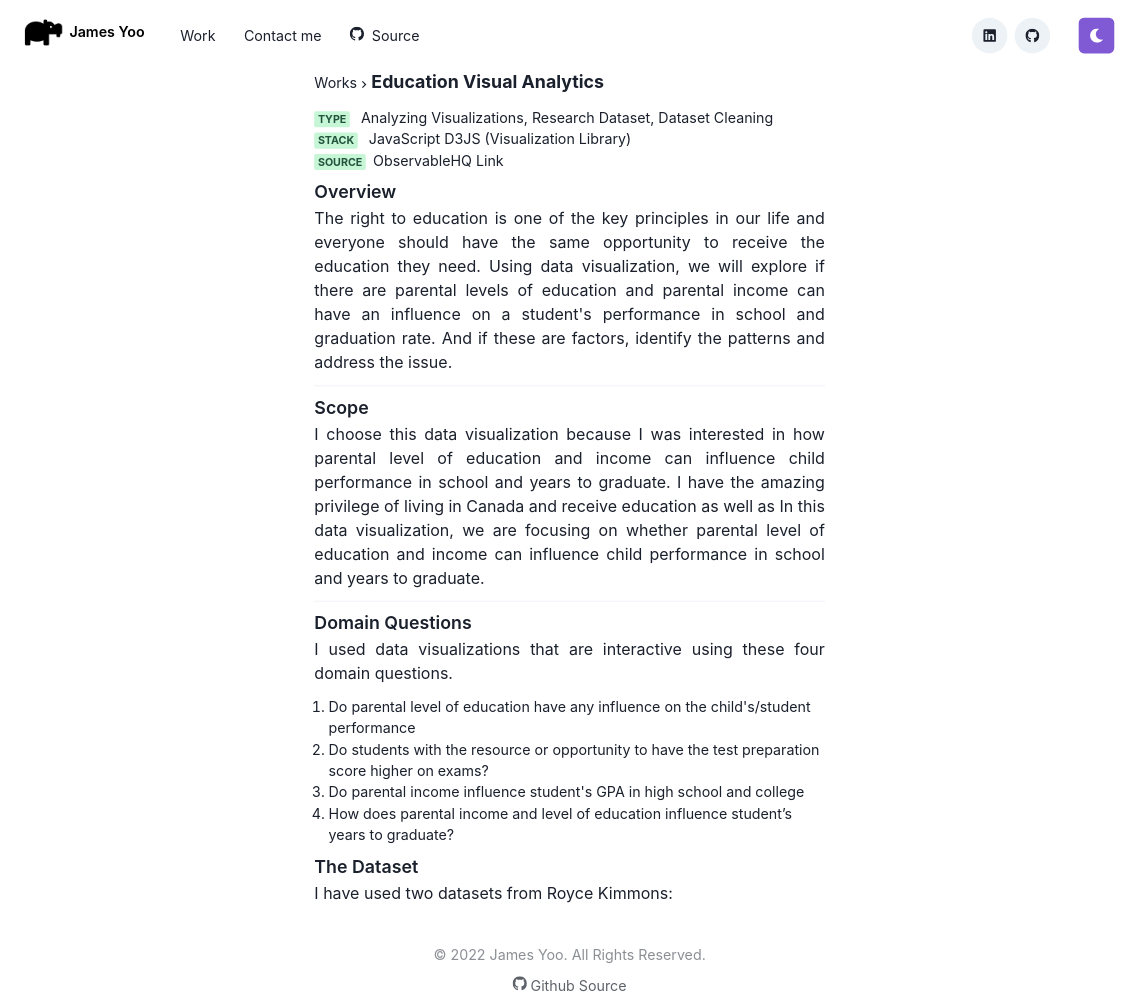
Repository: jammy729/portfolio-2022
Page: /work/educationvisualanalytics
These files come from the project's save history. The page is drawn as it stood at one moment and after the next save; the edit follows.
The browser window is 1280 px wide. The pictures show the whole page, at 89% of full size.
The project was rebuilt for these pictures with package versions that can differ from the ones it lists, and the page was loaded fresh each time. Also part of the build but not shown: src/components/home.js, src/components/contact.js, src/components/layouts/layout.js, src/components/work/work.js, src/components/work/Development/WorldInstitutionDatabase/worldinstitutiondatabase.js, src/components/work/Development/GeoMemories/geomemories.js, src/components/work/Design/ExperienceDesign/experiencedesign.js, src/components/work/Development/PersonalPortfolio/personalportfolio.js. Imported but missing from the stored project, and not drawn on this page: src/components/work/Design/FinestCup/finestcup, src/components/work/Development/WorldInstitutionDatabase/universityDatabase.mp4.

Above is the page before, as saved 2022-06-28 16:20:05.

### public/index.html
<!DOCTYPE html>
<html lang="en">
  <head>
    <meta charset="utf-8" />
    <meta name="viewport" content="width=device-width, initial-scale=1" />

    <link rel="shortcut icon" href="%PUBLIC_URL%/hippo.png" />
    <link rel="manifest" href="%PUBLIC_URL%/manifest.json" />

    <title>James Yoo</title>
  </head>
  <body>
    <div id="root"></div>
  </body>
</html>

### src/index.js
import React from 'react'
import ReactDOM from 'react-dom/client'
import './index.css'
import App from './components/App'
import { ChakraProvider, ColorModeScript } from '@chakra-ui/react'

const root = ReactDOM.createRoot(document.getElementById('root'))
root.render(
  <React.StrictMode>
    <ChakraProvider>
      <ColorModeScript initialColorMode='light' />
      <App />
    </ChakraProvider>
  </React.StrictMode>
)

### src/index.css
html, body {
    height: 100%;
  }

### src/components/App.js
import React from 'react'
import Navbar from './navbar'
import { BrowserRouter as Router, Routes, Route } from 'react-router-dom'
import Home from './home'
import Contact from './contact'
import Work from './work/work'
import Footer from './footer'

import UniversityDatabase from './work/Development/WorldInstitutionDatabase/worldinstitutiondatabase'
import GeoMemories from './work/Development/GeoMemories/geomemories'
import FinestCup from './work/Design/FinestCup/finestcup'
import ExperienceDesign from './work/Design/ExperienceDesign/experiencedesign'
import EducationVisualAnalytic from './work/Development/EducationVisualAnalytics/educationvisualanalytics'
import PersonalPortfolio from './work/Development/PersonalPortfolio/personalportfolio'

const App = () => {
  return (
    <Router>
      <Navbar />
      <Routes>
        <Route exact path='/' element={<Home />} />

        <Route exact path='/work' element={<Work />} />
        <Route
          exact
          path='/work/worldinstitutiondatabase'
          element={<UniversityDatabase />}
        />
        <Route exact path='/work/geomemories' element={<GeoMemories />} />
        <Route
          exact
          path='/work/educationvisualanalytics'
          element={<EducationVisualAnalytic />}
        />
        <Route
          exact
          path='/work/personalportfolio'
          element={<PersonalPortfolio />}
        />

        <Route exact path='/work/finestcup' element={<FinestCup />} />
        <Route
          exact
          path='/work/experiencedesign'
          element={<ExperienceDesign />}
        />
        <Route exact path='/contact' element={<Contact />} />
      </Routes>
      <Footer />
    </Router>
  )
}

export default App

### src/components/navbar.js
import { Link } from 'react-router-dom'
import { IconButton } from '@chakra-ui/button'
import { useColorMode } from '@chakra-ui/color-mode'
import { HamburgerIcon } from '@chakra-ui/icons'
import { GoMarkGithub } from 'react-icons/go'
import {
  Flex,
  Stack,
  HStack,
  Spacer,
  MenuItem,
  MenuButton,
  Menu,
  MenuList,
  Box,
  MenuGroup,
  Text,
  Icon
} from '@chakra-ui/react'
import { FaSun, FaMoon, FaGithub, FaLinkedin } from 'react-icons/fa'

import Logo from './logo'
const Navbar = () => {
  const { colorMode, toggleColorMode } = useColorMode()
  const isDark = colorMode === 'dark'
  return (
    <Stack direction={'row'} p={5}>
      <Flex w='full' mx={2}>
        <Logo />

        <HStack
          ml={7}
          justifyContent='center'
          display={{ base: 'none', lg: 'flex' }}
        >
          <Menu>
            <Box px={3}>
              <Link to='./work'>
                <Text>Work</Text>
              </Link>
            </Box>
            <Box px={3}>
              <Link to='/contact'>Contact me</Link>
            </Box>
            <Box px={3} alignItems='center' display='inline-flex'>
              <a
                href='https://github.com/jammy729/portfolio-2022'
                target='blank'
              >
                <Icon as={GoMarkGithub} mr={1} /> Source
              </a>
            </Box>
          </Menu>
        </HStack>

        <Spacer />

        <Box flex={3} align='right' fontSize='md' fontWeight='semibold'>
          <Box flex={1} display={{ base: 'inline-block', lg: 'none' }}>
            <Menu isLazy id='navbar-menu'>
              <IconButton
                boxSize='3rem'
                mx={1}
                icon={isDark ? <FaSun /> : <FaMoon />}
                onClick={toggleColorMode}
                colorScheme={isDark ? 'orange' : 'purple'}
              />
              <MenuButton
                boxSize='3rem'
                as={IconButton}
                icon={<HamburgerIcon />}
                aria-label='Options'
                colorScheme={isDark ? 'blue' : 'blackAlpha'}
              />
              <MenuList w={['80vw', '50vw']}>
                <MenuGroup>
                  <MenuItem pl={5}>
                    <Link to='./work'>Work</Link>
                  </MenuItem>
                  <MenuItem pl={5}>
                    <Link to='./contact'>Contact</Link>
                  </MenuItem>
                  <MenuItem pl={5}>
                    <a
                      href='https://www.linkedin.com/in/james-yoo-b4a1231a5/'
                      target='blank'
                    >
                      <Icon as={FaLinkedin} mr={1} />
                      LinkedIn
                    </a>
                  </MenuItem>
                  <MenuItem pl={5}>
                    <a href='https://github.com/jammy729' target='blank'>
                      <Icon as={GoMarkGithub} mr={1} />
                      GitHub
                    </a>
                  </MenuItem>
                </MenuGroup>
              </MenuList>
            </Menu>
          </Box>
        </Box>

        <Box display={{ base: 'none', lg: 'flex' }}>
          <a
            href='https://www.linkedin.com/in/james-yoo-b4a1231a5/'
            target='blank'
          >
            <IconButton
              icon={<FaLinkedin />}
              isRound='true'
              linkButton={true}
              mx={2}
            />
          </a>
          <a href='https://github.com/jammy729' target='blank'>
            <IconButton icon={<FaGithub />} isRound='true' linkButton={true} />
          </a>
          <IconButton
            ml={8}
            icon={isDark ? <FaSun /> : <FaMoon />}
            onClick={toggleColorMode}
            colorScheme={isDark ? 'orange' : 'purple'}
          />
        </Box>
      </Flex>
    </Stack>
  )
}

export default Navbar

### src/components/footer.js
import { Box, Icon, Text, Container, HStack } from '@chakra-ui/react'
import styled from '@emotion/styled'
import { GoMarkGithub } from 'react-icons/go'

const Bottom = styled.div`
  position: relative;
  width: 100%;
  text-align: center;
  padding-bottom: 10px;
`

const Footer = () => {
  return (
    <Box as='footer'  w="100%" position="absolute" justifyContent="space-between" mt='2rem'>
      <Container opacity={0.5}>
        <Bottom>
          &copy; {new Date().getFullYear()} James Yoo. All Rights Reserved.
        </Bottom>
      </Container>

      <HStack>
        <Bottom>
          <a
            href='https://github.com/jammy729/portfolio-2022'
            target='_blank'
            rel='noopener noreferrer'
          >
            <Text
              opacity={0.7}
              _hover={{
                opacity: '1'
              }}
            >
              <Icon as={GoMarkGithub} mr={1} />
              Github Source
            </Text>
          </a>
        </Bottom>
      </HStack>
    </Box>
  )
}

export default Footer

### src/components/work/Development/EducationVisualAnalytics/educationvisualanalytics.js
import React from 'react'
import { Title, WorkImage, Tag } from '../../../layouts/work-grid'
import {
  Box,
  Container,
  List,
  ListItem,
  OrderedList,
  Divider
} from '@chakra-ui/react'
import { Writing, DescriptionText } from '../../layout'

const EducationVisualAnalytics = () => {
  return (
    <Box>
      <Container>
        <Title>Education Visual Analytics</Title>
        {/* BADGES  */}
        <List>
          <ListItem>
            <Tag> Type </Tag> Analyzing Visualizations, Research Dataset,
            Dataset Cleaning
          </ListItem>
          <ListItem>
            <Tag> Stack </Tag> JavaScript D3JS (Visualization Library)
          </ListItem>
          <ListItem>
            <Tag> Source </Tag>
            <a
              target='blank'
              href='https://observablehq.com/@jamesyoo/iat-355-final-project-spring-2021/2'
            >
              ObservableHQ Link
            </a>
          </ListItem>
        </List>

        {/* OVERVIEW   */}
        <Writing size='md' title='Overview' />
        <DescriptionText>
          The right to education is one of the key principles in our life and
          everyone should have the same opportunity to receive the education
          they need. Using data visualization, we will explore if there are
          parental levels of education and parental income can have an influence
          on a student's performance in school and graduation rate. And if these
          are factors, identify the patterns and address the issue.
        </DescriptionText>

        <Divider />

        {/* SCOPE  */}
        <Writing size='md' title='Scope' />
        <DescriptionText>
          I choose this data visualization because I was interested in how
          parental level of education and income can influence child performance
          in school and years to graduate. I have the amazing privilege of
          living in Canada and receive education as well as In this data
          visualization, we are focusing on whether parental level of education
          and income can influence child performance in school and years to
          graduate.
        </DescriptionText>

        <Divider />

        {/* DOMAIN QUESTIONS  */}
        <Writing size='md' title='Domain Questions' />
        <DescriptionText>
          I used data visualizations that are interactive using these four
          domain questions.
        </DescriptionText>
        <OrderedList>
          <ListItem>
            Do parental level of education have any influence on the
            child's/student performance
          </ListItem>
          <ListItem>
            Do students with the resource or opportunity to have the test
            preparation score higher on exams?
          </ListItem>
          <ListItem>
            Do parental income influence student's GPA in high school and
            college
          </ListItem>
          <ListItem>
            How does parental income and level of education influence student’s
            years to graduate?
          </ListItem>
        </OrderedList>

        {/* THE DATASET  */}
        <Writing size="md" title="The Dataset" />
        <DescriptionText>
          I have used two datasets from Royce Kimmons:

        </DescriptionText>
      </Container>
    </Box>
  )
}

export default EducationVisualAnalytics

### src/components/logo.js
import React from 'react'
import { Box, Center, Image, Heading, Text } from '@chakra-ui/react'
import { Link } from 'react-router-dom'
import { useColorMode } from '@chakra-ui/color-mode'
import styled from '@emotion/styled'
import HippoImg from '../contents/hippo.png'
import HippoImgDark from '../contents/hippo-dark.png'
import { useMediaQuery } from '@chakra-ui/react'

const LogoBox = styled.span`
  display: inline-flex;
  align-items: center;

  &:hover img {
    transform: rotate(-10deg);
  }
`
const Logo = () => {
  const { colorMode } = useColorMode()
  const isDark = colorMode === 'dark'
  const [isLargeScreen] = useMediaQuery('(min-width:750px)')
  return (
    <Box>
      <Center>
        <LogoBox>
          <Image
            src={isDark ? HippoImgDark : HippoImg}
            w={{ base: '50px' }}
            pr={2}
          />
          <Heading
            justifyContent='center'
            size={isLargeScreen ? 'md' : 'md'}
            fontWeight='semibold'
            color={isDark ? 'white' : 'black'}
          >
            <Link to='/'>
              <Text fontSize='md'>James Yoo</Text>
            </Link>
          </Heading>
        </LogoBox>
      </Center>
    </Box>
  )
}

export default Logo

### src/components/layouts/work-grid.js
import React from 'react'
import { Link } from 'react-router-dom'
import {
  Box,
  LinkBox,
  LinkOverlay,
  Text,
  Image,
  Heading,
  Badge,
  Center
} from '@chakra-ui/react'
import { useMediaQuery } from '@chakra-ui/media-query'
import { ChevronRightIcon } from '@chakra-ui/icons'
import { useColorMode } from '@chakra-ui/color-mode'

export const WorkGrid = ({ children, id, title, thumbnail }) => {
  const [isLargeScreen] = useMediaQuery('(min-width:750px)')

  return (
    <Box maxW='100%' maxH='auto' pb={6} textAlign='center' position='relative'>
      <Link to={`/work/${id}`}>
        <LinkBox cursor='pointer'>
          <Image
            objectFit='cover'
            margin='auto'
            src={thumbnail}
            alt={title}
            placeholder='blur'
            w='100%'
            h={isLargeScreen ? '300px' : '270px'}
            borderRadius='lg'
            fallbackSrc='https://via.placeholder.com/150'
          />
          <LinkOverlay to={`/work/${id}`}>
            <Text mt={2} fontSize={20} fontWeight='semibold'>
              {title}
            </Text>
          </LinkOverlay>
          <Text fontSize={14} px={5}>
            {children}
          </Text>
        </LinkBox>
      </Link>
    </Box>
  )
}

export const Title = ({ children }) => (
  <Box>
    <Link to='/work'>Works</Link>
    <span>
      <ChevronRightIcon />
    </span>
    <Heading display='inline-block' as='h3' fontSize={20} mb={4}>
      {children}
    </Heading>
  </Box>
)

export const WorkImage = ({ src, alt, caption, w }) => {
  const { colorMode } = useColorMode()

  const isDark = colorMode === 'dark'
  return (
    <Box mb={3}>
      <Image borderRadius='2xl' w={w} src={src} alt={alt} mt={4} />
      <Center>
        <Text color={isDark ? 'gray.300' : 'gray.500'}>{caption}</Text>
      </Center>
    </Box>
  )
}

export const Tag = ({ children }) => (
  <Badge colorScheme='green' mr={2}>
    {children}
  </Badge>
)

### src/components/work/layout.js
import React from 'react'
import { Link } from 'react-router-dom'
import { useColorMode } from '@chakra-ui/color-mode'
import { useMediaQuery } from '@chakra-ui/media-query'

import {
  Center,
  Flex,
  Box,
  Text,
  Button,
  Stack,
  Heading,
  Image
} from '@chakra-ui/react'
import profile from '../work/Home/profile.JPG'
export const HeroSection = ({ name, role, work, contact, src }) => {
  const { colorMode } = useColorMode()
  const isDark = colorMode === 'dark'

  const [isLargeScreen] = useMediaQuery('(min-width:750px)')
  return (
    <Center>
      <Flex>
        <Box>
          <Center>
            <Image
              boxSize={isLargeScreen ? '300px' : '250px'}
              src={profile}
              objectFit='cover'
              borderRadius='lg'
            />
          </Center>

          <Text fontSize='3xl' fontWeight='semibold'>
            {name}
          </Text>
          <Text color={isDark ? 'gray.200' : 'black'} mb={4}>
            {role}
          </Text>
          <Stack direction={isLargeScreen ? 'row' : 'column'}>
            <Link to='./work'>
              <Button
                colorScheme='teal'
                cursor='pointer'
                variant='solid'
                w='100%'
              >
                {work}
              </Button>
            </Link>

            <Link to='./contact'>
              <Button
                colorScheme='teal'
                cursor='pointer'
                variant='outline'
                w='100%'
              >
                {contact}
              </Button>
            </Link>
          </Stack>
        </Box>
      </Flex>
    </Center>
  )
}

export const About = ({ title, bio }) => {
  const [isLargeScreen] = useMediaQuery('(min-width:750px)')

  return (
    <Center>
      <Box width={isLargeScreen ? '600px' : '80%'} margin='auto'>
        <Heading size={isLargeScreen ? 'md' : 'lg'} as='u'>
          {title}
        </Heading>
        <Text
          textAlign='justify'
          py='10px'
          fontSize={{ sm: 'lg', md: 'lg', lg: 'md' }}
        >
          {bio}
        </Text>
      </Box>
    </Center>
  )
}

export const Writings = ({ size, title, description }) => {
  return (
    <>
      <Heading size={size} mt={3} mb={1} fontWeight='semibold'>
        {title}
      </Heading>
      <Text mb={3} fontSize='lg' textAlign='justify'>
        {description}
      </Text>
    </>
  )
}

export const Writing = ({ size, title }) => {
  return (
    <>
      <Heading size={size} mt={3} mb={1} fontWeight='semibold'>
        {title}
      </Heading>
    </>
  )
}

export const DescriptionText = ({ children }) => {
  return (
    <>
      <Text mb={3} fontSize='lg' textAlign='justify'>
        {children}
      </Text>
    </>
  )
}

After the next save:
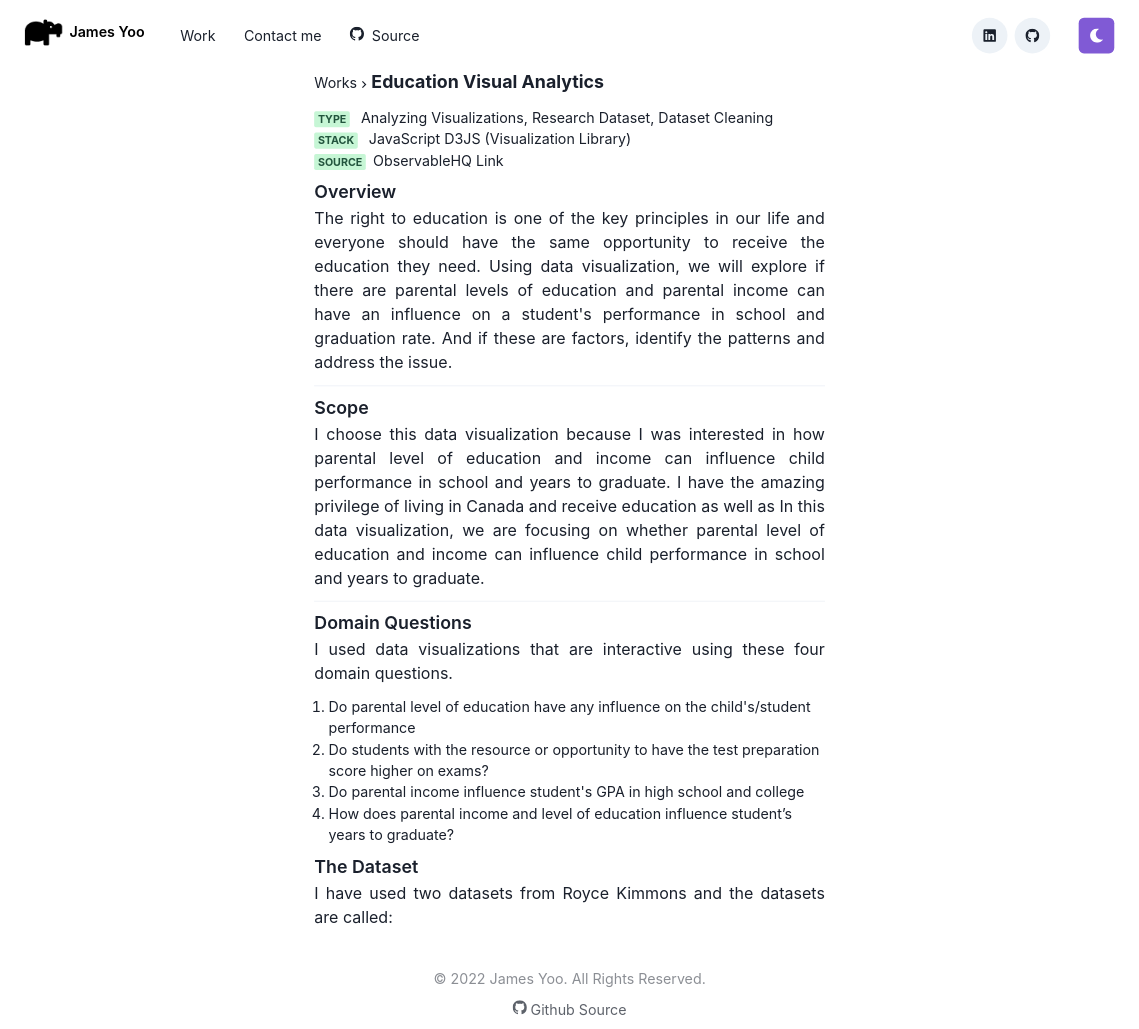
Saved 10 s later.
--- a/src/components/work/Development/EducationVisualAnalytics/educationvisualanalytics.js
+++ b/src/components/work/Development/EducationVisualAnalytics/educationvisualanalytics.js
@@ -90,7 +90,7 @@ const EducationVisualAnalytics = () => {
         {/* THE DATASET  */}
         <Writing size="md" title="The Dataset" />
         <DescriptionText>
-          I have used two datasets from Royce Kimmons:
+          I have used two datasets from Royce Kimmons and the datasets are called:
 
         </DescriptionText>
       </Container>
